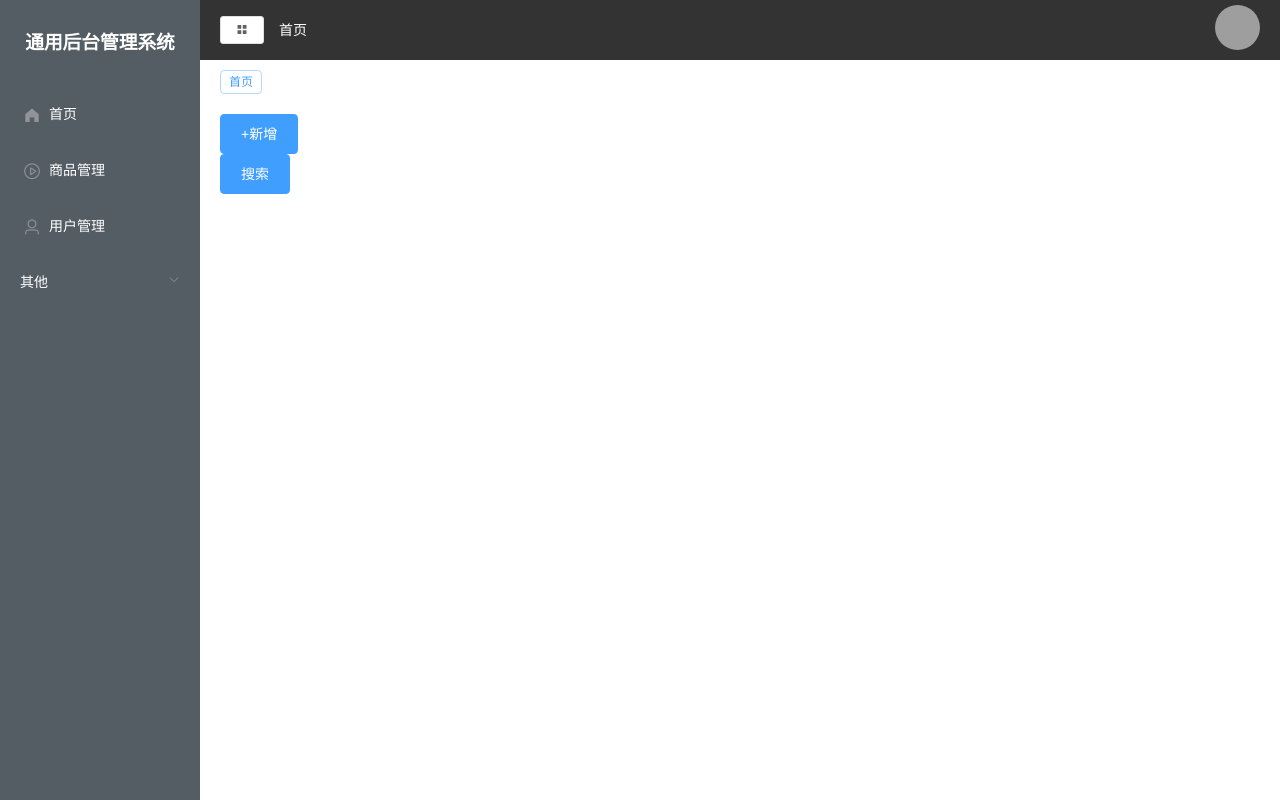
Repository: zhangwen001208/cmd
Page: /user
The author's editor kept a copy of each file at every save. The page is drawn from the files as they stood at one save, then again after the next save.
The browser window is 1280 px wide. The pictures show the whole page.
Pictures or frames that could not be fetched are drawn as grey boxes. The project was rebuilt for these pictures with package versions that can differ from the ones it lists, and the page was loaded fresh each time. Also part of the build but not shown: vue.config.js.

Above is the page before, as saved 2022-08-31 10:27:53.

After the next save:
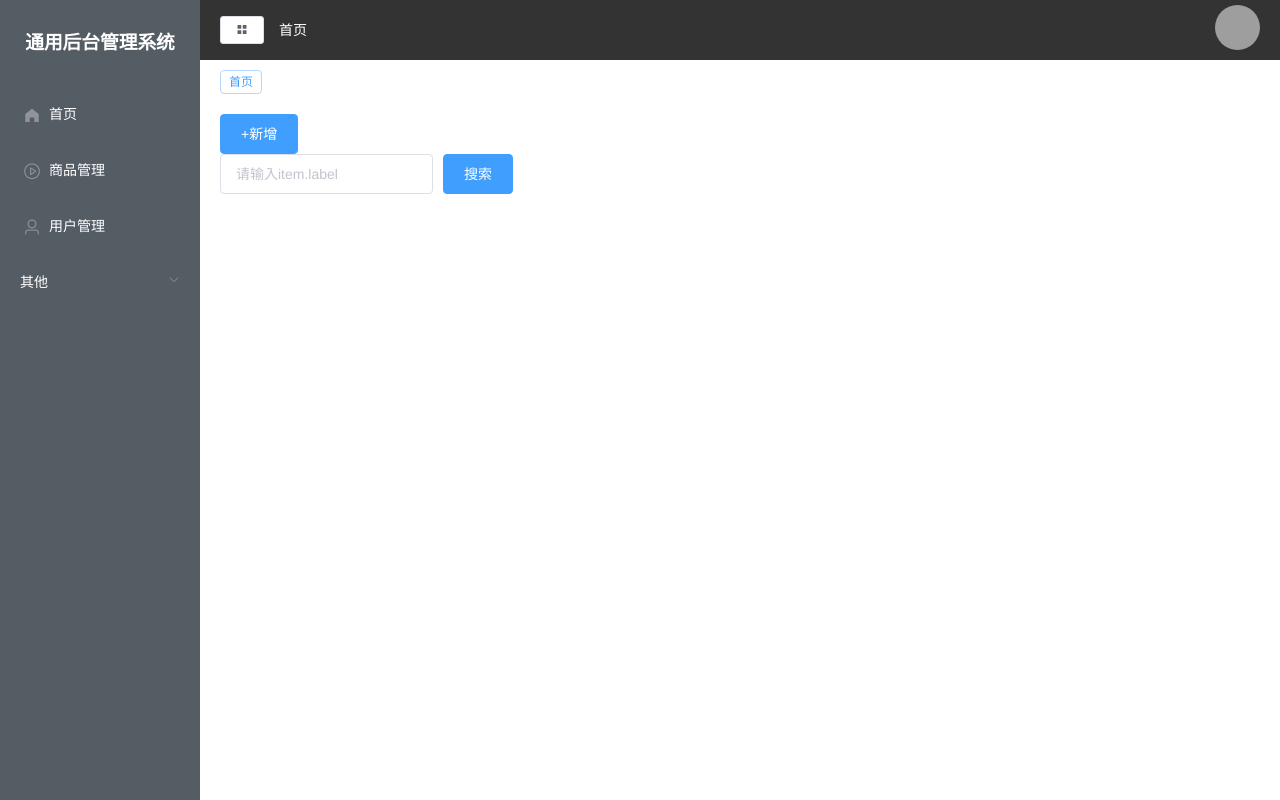
Saved 71 s later.
--- a/src/components/commonForm.vue
+++ b/src/components/commonForm.vue
@@ -2,7 +2,7 @@
 <template>
     <div>
         <el-form ref="form" label-width= '100px' :model= 'form' :inline= 'inline'>
-            <el-form-item v-for=" item in formLabel" :key="item.label" :label="item.label">
+            <el-form-item v-for=" item in FormLabel" :key="item.label" :label="item.label">
                 <el-input
                 v-if = "item.type === 'input'"
                 :placeholder="'请输入' + 'item.label'"
